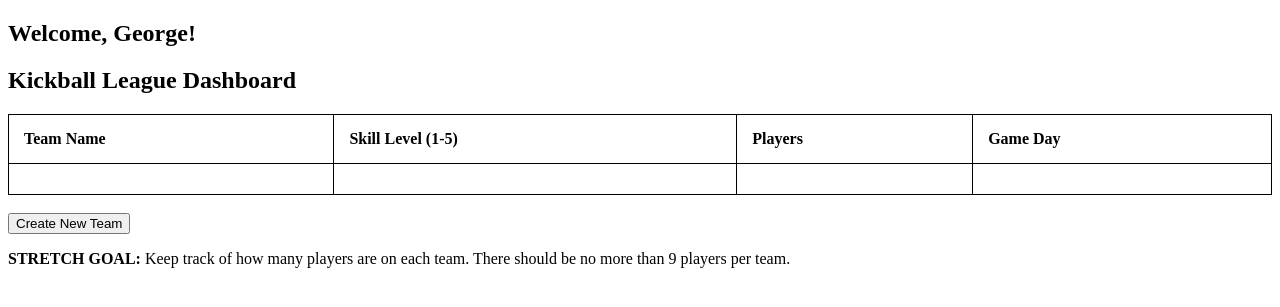
Repository: MohammedAbuMukh/Practical_Exam_Java
Page: http://localhost/Java_Exam/WEB-INF/home.jsp
These files come from the project's save history. The page is drawn as it stood at one moment and after the next save; the edit follows.
The browser window is 1280 px wide. The pictures show the whole page.
The page is served by Tomcat 10. Nobody is signed in. The template is opened directly, without the code that normally fills it, so the values that code supplies are empty.

Above is the page before, as saved 2024-12-30 10:13:30.

After the next save:
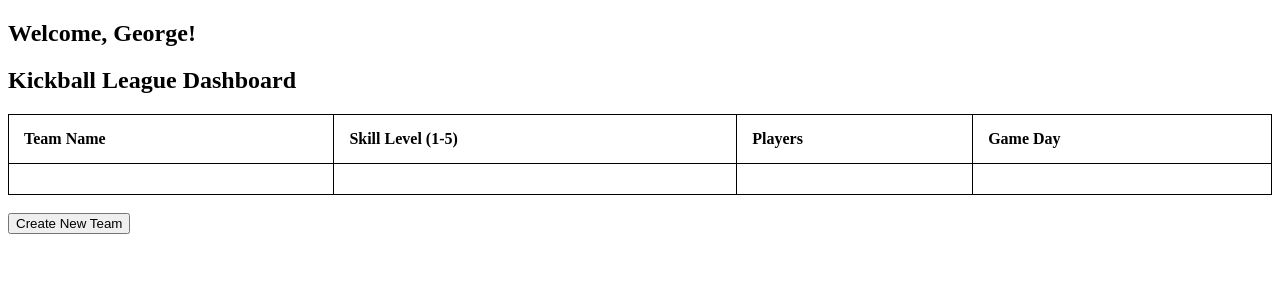
Saved 6 min 23 s later.
--- a/Java_Exam/src/main/webapp/WEB-INF/home.jsp
+++ b/Java_Exam/src/main/webapp/WEB-INF/home.jsp
@@ -43,6 +43,6 @@
     </table>
     <br>
     <button>Create New Team</button>
-    <p><strong>STRETCH GOAL:</strong> Keep track of how many players are on each team. There should be no more than 9 players per team.</p>
+
 </body>
 </html>
